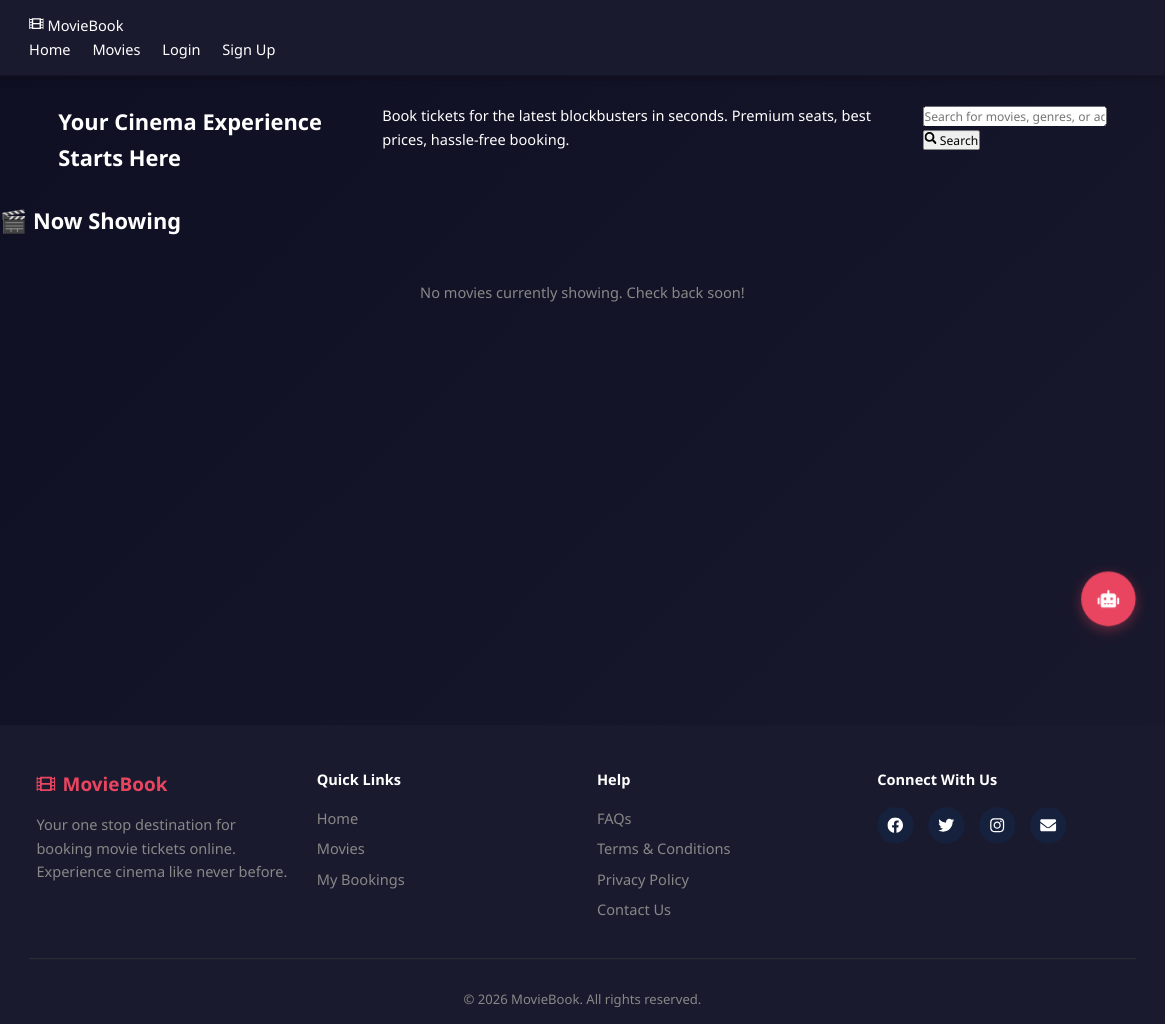
Repository: adithya11sci/movie_ticket_bookings
Page: / (app in frontend/)
These files come from the project's save history. The page is drawn as it stood at one moment and after the next save; the edit follows.
The browser window is 1280 px wide. The pictures show the whole page, at 91% of full size.
The page's requests for data from a server got no answer. The project was rebuilt for these pictures with package versions that can differ from the ones it lists, and the page was loaded fresh each time. No one was signed in, and anything a server would have sent is missing. Also part of the build but not shown: frontend/vite.config.js, frontend/src/components/MovieCard.css, frontend/src/components/MovieCard.jsx, frontend/src/pages/Movies.jsx, frontend/src/pages/Auth.css, frontend/src/pages/Login.jsx, frontend/src/pages/Register.jsx, frontend/src/pages/MovieDetails.jsx and 16 more.

Above is the page before, as saved 2026-02-02 12:10:42.

### frontend/index.html
<!doctype html>
<html lang="en">
  <head>
    <meta charset="UTF-8" />
    <link rel="icon" href="data:[embedded picture, 141 characters]" />
    <meta name="viewport" content="width=device-width, initial-scale=1.0" />
    <title>MovieBook - Book Movie Tickets Online</title>
  </head>
  <body>
    <div id="root"></div>
    <script type="module" src="/src/main.jsx"></script>
  </body>
</html>

### frontend/src/index.css
* {
    margin: 0;
    padding: 0;
    box-sizing: border-box;
}

body {
    font-family: 'Segoe UI', Tahoma, Geneva, Verdana, sans-serif;
    background: #0f0f23;
    color: #fff;
    line-height: 1.6;
}

a {
    text-decoration: none;
    color: inherit;
}

button {
    cursor: pointer;
    font-family: inherit;
}

input, select, textarea {
    font-family: inherit;
}

### frontend/src/App.jsx
import { BrowserRouter as Router, Routes, Route } from 'react-router-dom';
import { ToastContainer } from 'react-toastify';
import 'react-toastify/dist/ReactToastify.css';
import './App.css';
import { AuthProvider } from './context/AuthContext';

// Components
import Navbar from './components/Navbar';
import Footer from './components/Footer';
import Chatbot from './components/Chatbot';

// Pages
import Home from './pages/Home';
import Movies from './pages/Movies';
import Login from './pages/Login';
import Register from './pages/Register';
import MovieDetails from './pages/MovieDetails';
import BookingPage from './pages/BookingPage';
import PaymentPage from './pages/PaymentPage';
import MyBookings from './pages/MyBookings';

// Admin Pages
import AdminDashboard from './pages/admin/AdminDashboard';
import ManageMovies from './pages/admin/ManageMovies';
import ManageTheaters from './pages/admin/ManageTheaters';
import ManageShowtimes from './pages/admin/ManageShowtimes';
import ManageBookings from './pages/admin/ManageBookings';
import ManageUsers from './pages/admin/ManageUsers';

import './App.css';

function App() {
    return (
        <AuthProvider>
            <Router>
                <div className="app">
                    <Navbar />
                    <main>
                        <Routes>
                            <Route path="/" element={<Home />} />
                            <Route path="/login" element={<Login />} />
                            <Route path="/register" element={<Register />} />
                            <Route path="/movie/:id" element={<MovieDetails />} />
                            <Route path="/movies" element={<Movies />} />
                            <Route path="/booking/:showtimeId" element={<BookingPage />} />
                            <Route path="/payment/:bookingId" element={<PaymentPage />} />
                            <Route path="/my-bookings" element={<MyBookings />} />

                            {/* Admin Routes */}
                            <Route path="/admin" element={<AdminDashboard />} />
                            <Route path="/admin/movies" element={<ManageMovies />} />
                            <Route path="/admin/theaters" element={<ManageTheaters />} />
                            <Route path="/admin/showtimes" element={<ManageShowtimes />} />
                            <Route path="/admin/bookings" element={<ManageBookings />} />
                            <Route path="/admin/users" element={<ManageUsers />} />
                        </Routes>
                    </main>
                    <Footer />
                    <Chatbot />
                    <ToastContainer
                        position="top-right"
                        autoClose={3000}
                        theme="dark"
                    />
                </div>
            </Router>
        </AuthProvider>
    );
}

export default App;

### frontend/src/App.css
/* Global App Styles */
.app {
    min-height: 100vh;
    background: linear-gradient(135deg, #0f0f23 0%, #1a1a2e 100%);
}

main {
    min-height: calc(100vh - 70px);
}

/* Loading and Error Pages */
.loading-page, .error-page {
    display: flex;
    align-items: center;
    justify-content: center;
    height: 50vh;
    color: #888;
    font-size: 1.2rem;
}

/* Scrollbar Styles */
::-webkit-scrollbar {
    width: 8px;
}

::-webkit-scrollbar-track {
    background: #1a1a2e;
}

::-webkit-scrollbar-thumb {
    background: #e94560;
    border-radius: 5px;
}

### frontend/src/context/AuthContext.jsx
import { createContext, useState, useEffect } from 'react';

export const AuthContext = createContext();

export const AuthProvider = ({ children }) => {
    const [user, setUser] = useState(null);
    const [loading, setLoading] = useState(true);

    // check if user is already logged in
    useEffect(() => {
        const storedUser = localStorage.getItem('user');
        if (storedUser) {
            setUser(JSON.parse(storedUser));
        }
        setLoading(false);
    }, []);

    // login function
    const login = (userData) => {
        setUser(userData);
        localStorage.setItem('user', JSON.stringify(userData));
    };

    // logout function
    const logout = () => {
        setUser(null);
        localStorage.removeItem('user');
    };

    return (
        <AuthContext.Provider value={{ user, login, logout, loading }}>
            {children}
        </AuthContext.Provider>
    );
};

### frontend/src/components/Navbar.jsx
import { Link, useNavigate } from 'react-router-dom';
import { useContext } from 'react';
import { AuthContext } from '../context/AuthContext';
import { FaFilm, FaUser, FaSignOutAlt } from 'react-icons/fa';
import './Navbar.css';

const Navbar = () => {
    const { user, logout } = useContext(AuthContext);
    const navigate = useNavigate();

    const handleLogout = () => {
        logout();
        navigate('/');
    };

    return (
        <nav className="navbar">
            <div className="nav-container">
                <Link to="/" className="nav-logo">
                    <FaFilm /> MovieBook
                </Link>

                <div className="nav-links">
                    <Link to="/" className="nav-link">Home</Link>
                    <Link to="/movies" className="nav-link">Movies</Link>

                    {user ? (
                        <>
                            <Link to="/my-bookings" className="nav-link">My Bookings</Link>
                            {user.role === 'admin' && (
                                <Link to="/admin" className="nav-link">Admin</Link>
                            )}
                            <div className="user-menu">
                                <span className="user-name">
                                    <FaUser /> {user.name}
                                </span>
                                <button onClick={handleLogout} className="logout-btn">
                                    <FaSignOutAlt /> Logout
                                </button>
                            </div>
                        </>
                    ) : (
                        <>
                            <Link to="/login" className="nav-link">Login</Link>
                            <Link to="/register" className="nav-link btn-register">Sign Up</Link>
                        </>
                    )}
                </div>
            </div>
        </nav>
    );
};

export default Navbar;

### frontend/src/components/Footer.jsx
import { Link } from 'react-router-dom';
import { FaFilm, FaFacebook, FaTwitter, FaInstagram, FaEnvelope } from 'react-icons/fa';
import './Footer.css';

const Footer = () => {
    return (
        <footer className="footer">
            <div className="footer-container">
                <div className="footer-section">
                    <h3><FaFilm /> MovieBook</h3>
                    <p>Your one stop destination for booking movie tickets online. Experience cinema like never before.</p>
                </div>

                <div className="footer-section">
                    <h4>Quick Links</h4>
                    <ul>
                        <li><Link to="/">Home</Link></li>
                        <li><Link to="/movies">Movies</Link></li>
                        <li><Link to="/my-bookings">My Bookings</Link></li>
                    </ul>
                </div>

                <div className="footer-section">
                    <h4>Help</h4>
                    <ul>
                        <li><a href="#">FAQs</a></li>
                        <li><a href="#">Terms & Conditions</a></li>
                        <li><a href="#">Privacy Policy</a></li>
                        <li><a href="#">Contact Us</a></li>
                    </ul>
                </div>

                <div className="footer-section">
                    <h4>Connect With Us</h4>
                    <div className="social-links">
                        <a href="#"><FaFacebook /></a>
                        <a href="#"><FaTwitter /></a>
                        <a href="#"><FaInstagram /></a>
                        <a href="#"><FaEnvelope /></a>
                    </div>
                </div>
            </div>

            <div className="footer-bottom">
                <p>&copy; 2026 MovieBook. All rights reserved.</p>
            </div>
        </footer>
    );
};

export default Footer;

### frontend/src/components/Navbar.css
.navbar {
    background: #1a1a2e;
    padding: 1rem 2rem;
    display: flex;
    justify-content: space-between;
    align-items: center;
    position: sticky;
    top: 0;
    z-index: 100;
    box-shadow: 0 2px 10px rgba(0, 0, 0, 0.3);
}

.nav-brand a {
    color: #e94560;
    font-size: 1.5rem;
    font-weight: bold;
}

.nav-search {
    flex: 1;
    max-width: 400px;
    margin: 0 2rem;
    position: relative;
}

.nav-search input {
    width: 100%;
    padding: 0.7rem 1rem 0.7rem 2.5rem;
    border: none;
    border-radius: 25px;
    background: #16213e;
    color: #fff;
    font-size: 0.9rem;
}

.nav-search input::placeholder {
    color: #888;
}

.nav-search i {
    position: absolute;
    left: 1rem;
    top: 50%;
    transform: translateY(-50%);
    color: #888;
}

.nav-links {
    display: flex;
    align-items: center;
    gap: 1.5rem;
}

.nav-links a {
    color: #fff;
    transition: color 0.3s;
}

.nav-links a:hover {
    color: #e94560;
}

.nav-links .admin-link {
    background: #e94560;
    padding: 0.5rem 1rem;
    border-radius: 5px;
}

.nav-links .admin-link:hover {
    background: #ff6b6b;
    color: #fff;
}

/* Search Results Dropdown */
.search-results {
    position: absolute;
    top: 100%;
    left: 0;
    right: 0;
    background: #1a1a2e;
    border-radius: 10px;
    margin-top: 0.5rem;
    max-height: 400px;
    overflow-y: auto;
    box-shadow: 0 5px 20px rgba(0, 0, 0, 0.5);
    z-index: 1000;
}

.search-result-item {
    display: flex;
    align-items: center;
    gap: 1rem;
    padding: 0.8rem 1rem;
    cursor: pointer;
    transition: background 0.3s;
}

.search-result-item:hover {
    background: #16213e;
}

.search-result-item img {
    width: 40px;
    height: 60px;
    object-fit: cover;
    border-radius: 5px;
}

.search-result-info h4 {
    color: #fff;
    font-size: 0.9rem;
    margin-bottom: 0.2rem;
}

.search-result-info p {
    color: #888;
    font-size: 0.75rem;
}

.no-results {
    padding: 1rem;
    text-align: center;
    color: #888;
}

@media (max-width: 768px) {
    .navbar {
        flex-wrap: wrap;
        gap: 1rem;
    }

    .nav-search {
        order: 3;
        max-width: 100%;
        margin: 0;
        width: 100%;
    }
}

### frontend/src/components/Footer.css
.footer {
    background: #1a1a2e;
    padding: 3rem 2rem 1rem;
    margin-top: 4rem;
}

.footer-container {
    max-width: 1200px;
    margin: 0 auto;
    display: grid;
    grid-template-columns: repeat(auto-fit, minmax(200px, 1fr));
    gap: 2rem;
}

.footer-section h3 {
    color: #e94560;
    font-size: 1.3rem;
    margin-bottom: 1rem;
    display: flex;
    align-items: center;
    gap: 0.5rem;
}

.footer-section h4 {
    color: #fff;
    margin-bottom: 1rem;
}

.footer-section p {
    color: #888;
    line-height: 1.6;
}

.footer-section ul {
    list-style: none;
}

.footer-section ul li {
    margin-bottom: 0.5rem;
}

.footer-section ul li a {
    color: #888;
    text-decoration: none;
    transition: color 0.3s;
}

.footer-section ul li a:hover {
    color: #e94560;
}

.social-links {
    display: flex;
    gap: 1rem;
}

.social-links a {
    width: 40px;
    height: 40px;
    background: #16213e;
    color: #fff;
    border-radius: 50%;
    display: flex;
    align-items: center;
    justify-content: center;
    font-size: 1.1rem;
    transition: all 0.3s;
}

.social-links a:hover {
    background: #e94560;
    transform: translateY(-3px);
}

.footer-bottom {
    text-align: center;
    padding-top: 2rem;
    margin-top: 2rem;
    border-top: 1px solid #2d3436;
}

.footer-bottom p {
    color: #888;
    font-size: 0.9rem;
}

### frontend/src/pages/Home.css
.home-page {
    padding: 2rem;
}

/* Hero Section */
.hero-section {
    background: linear-gradient(135deg, #1a1a2e 0%, #16213e 100%);
    border-radius: 20px;
    padding: 3rem;
    margin-bottom: 3rem;
    text-align: center;
}

.hero-section h1 {
    font-size: 2.5rem;
    margin-bottom: 1rem;
    background: linear-gradient(45deg, #e94560, #ff6b6b);
    -webkit-background-clip: text;
    -webkit-text-fill-color: transparent;
    background-clip: text;
}

.hero-section p {
    color: #888;
    font-size: 1.1rem;
    margin-bottom: 2rem;
}

.hero-search {
    max-width: 500px;
    margin: 0 auto;
    position: relative;
}

.hero-search input {
    width: 100%;
    padding: 1rem 1.5rem 1rem 3rem;
    border: none;
    border-radius: 50px;
    background: #0f0f23;
    color: #fff;
    font-size: 1rem;
}

.hero-search i {
    position: absolute;
    left: 1.2rem;
    top: 50%;
    transform: translateY(-50%);
    color: #888;
}

/* Movies Section */
.movies-section {
    margin-bottom: 3rem;
}

.section-header {
    display: flex;
    justify-content: space-between;
    align-items: center;
    margin-bottom: 1.5rem;
}

.section-header h2 {
    font-size: 1.5rem;
}

.section-header a {
    color: #e94560;
    font-size: 0.9rem;
}

.movies-grid {
    display: grid;
    grid-template-columns: repeat(auto-fill, minmax(200px, 1fr));
    gap: 1.5rem;
}

/* Search Results in Hero */
.hero-search-results {
    position: absolute;
    top: 100%;
    left: 0;
    right: 0;
    background: #1a1a2e;
    border-radius: 15px;
    margin-top: 0.5rem;
    max-height: 400px;
    overflow-y: auto;
    box-shadow: 0 10px 30px rgba(0, 0, 0, 0.5);
    z-index: 100;
}

.hero-search-results .search-result-item {
    display: flex;
    align-items: center;
    gap: 1rem;
    padding: 1rem;
    cursor: pointer;
    transition: background 0.3s;
}

.hero-search-results .search-result-item:hover {
    background: #16213e;
}

.hero-search-results .search-result-item img {
    width: 50px;
    height: 75px;
    object-fit: cover;
    border-radius: 8px;
}

.hero-search-results .search-result-info h4 {
    color: #fff;
    margin-bottom: 0.3rem;
}

.hero-search-results .search-result-info p {
    color: #888;
    font-size: 0.85rem;
}

@media (max-width: 768px) {
    .home-page {
        padding: 1rem;
    }

    .hero-section {
        padding: 2rem 1rem;
    }

    .hero-section h1 {
        font-size: 1.8rem;
    }

    .movies-grid {
        grid-template-columns: repeat(auto-fill, minmax(150px, 1fr));
    }
}

### frontend/src/pages/Movies.css
.movies-page {
    padding: 2rem;
}

.movies-page h1 {
    margin-bottom: 2rem;
}

.filter-tabs {
    display: flex;
    gap: 1rem;
    margin-bottom: 2rem;
    flex-wrap: wrap;
}

.filter-tab {
    padding: 0.6rem 1.5rem;
    border: 1px solid #e94560;
    border-radius: 25px;
    background: transparent;
    color: #e94560;
    cursor: pointer;
    transition: all 0.3s;
}

.filter-tab:hover, .filter-tab.active {
    background: #e94560;
    color: #fff;
}

.movies-grid {
    display: grid;
    grid-template-columns: repeat(auto-fill, minmax(200px, 1fr));
    gap: 1.5rem;
}

.no-movies {
    text-align: center;
    color: #888;
    padding: 3rem;
}

@media (max-width: 768px) {
    .movies-page {
        padding: 1rem;
    }

    .movies-grid {
        grid-template-columns: repeat(auto-fill, minmax(150px, 1fr));
    }
}

Loaded but not shown: frontend/src/main.jsx (common file); frontend/src/api/axios.js (21 lines, source omitted); frontend/src/pages/MovieDetails.css (384 lines, source omitted); frontend/src/components/Chatbot.jsx (146 lines, source omitted); frontend/src/pages/Home.jsx (116 lines, source omitted); frontend/src/components/Chatbot.css (150 lines, source omitted)

After the next save:
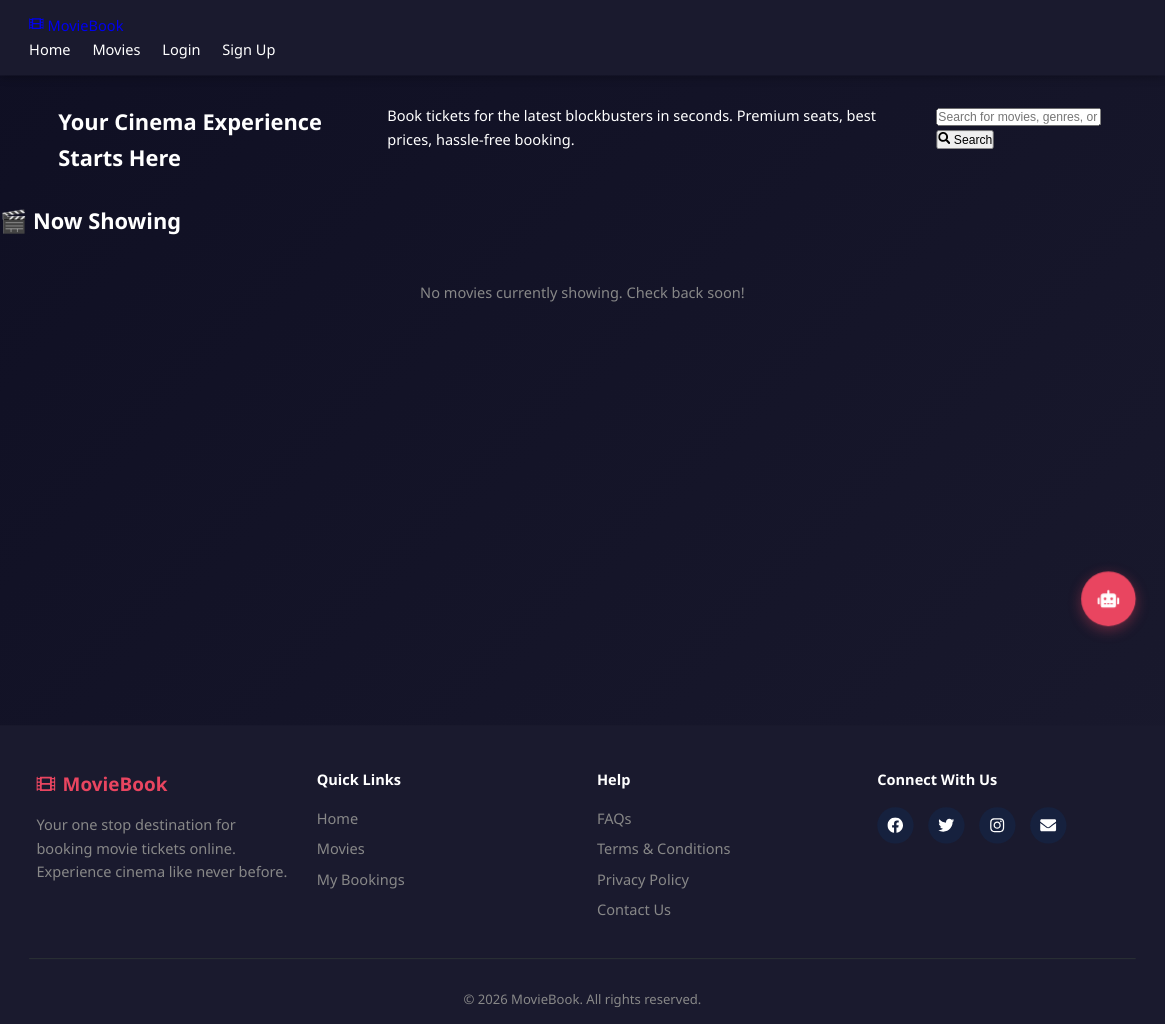
Saved 2 min 54 s later.
--- a/frontend/src/index.css
+++ b/frontend/src/index.css
@@ -1,26 +1,134 @@
+/* Reset and base styles */
 * {
     margin: 0;
     padding: 0;
     box-sizing: border-box;
 }
 
+html {
+    scroll-behavior: smooth;
+}
+
 body {
-    font-family: 'Segoe UI', Tahoma, Geneva, Verdana, sans-serif;
-    background: #0f0f23;
+    font-family: 'Poppins', 'Segoe UI', Tahoma, Geneva, Verdana, sans-serif;
+    -webkit-font-smoothing: antialiased;
+    -moz-osx-font-smoothing: grayscale;
+    background: linear-gradient(135deg, #0a0a1a 0%, #1a1a2e 50%, #16213e 100%);
+    background-attachment: fixed;
     color: #fff;
     line-height: 1.6;
+    min-height: 100vh;
 }
 
-a {
-    text-decoration: none;
-    color: inherit;
+#root {
+    min-height: 100vh;
 }
 
-button {
-    cursor: pointer;
-    font-family: inherit;
+/* Custom scrollbar */
+::-webkit-scrollbar {
+    width: 8px;
 }
 
-input, select, textarea {
-    font-family: inherit;
+::-webkit-scrollbar-track {
+    background: #1a1a2e;
 }
+
+::-webkit-scrollbar-thumb {
+    background: linear-gradient(180deg, #e94560, #ff6b6b);
+    border-radius: 10px;
+}
+
+::-webkit-scrollbar-thumb:hover {
+    background: linear-gradient(180deg, #ff6b6b, #e94560);
+}
+
+/* Global animations */
+@keyframes fadeIn {
+    from { opacity: 0; transform: translateY(20px); }
+    to { opacity: 1; transform: translateY(0); }
+}
+
+@keyframes fadeInUp {
+    from { opacity: 0; transform: translateY(40px); }
+    to { opacity: 1; transform: translateY(0); }
+}
+
+@keyframes fadeInDown {
+    from { opacity: 0; transform: translateY(-20px); }
+    to { opacity: 1; transform: translateY(0); }
+}
+
+@keyframes slideInLeft {
+    from { opacity: 0; transform: translateX(-50px); }
+    to { opacity: 1; transform: translateX(0); }
+}
+
+@keyframes slideInRight {
+    from { opacity: 0; transform: translateX(50px); }
+    to { opacity: 1; transform: translateX(0); }
+}
+
+@keyframes pulse {
+    0%, 100% { transform: scale(1); }
+    50% { transform: scale(1.05); }
+}
+
+@keyframes glow {
+    0%, 100% { box-shadow: 0 0 20px rgba(233, 69, 96, 0.3); }
+    50% { box-shadow: 0 0 40px rgba(233, 69, 96, 0.6); }
+}
+
+@keyframes shimmer {
+    0% { background-position: -200% 0; }
+    100% { background-position: 200% 0; }
+}
+
+@keyframes float {
+    0%, 100% { transform: translateY(0); }
+    50% { transform: translateY(-10px); }
+}
+
+@keyframes rotateIn {
+    from { opacity: 0; transform: rotate(-10deg) scale(0.9); }
+    to { opacity: 1; transform: rotate(0) scale(1); }
+}
+
+/* Utility classes */
+.animate-fade-in {
+    animation: fadeIn 0.6s ease-out forwards;
+}
+
+.animate-fade-in-up {
+    animation: fadeInUp 0.8s ease-out forwards;
+}
+
+.animate-slide-in-left {
+    animation: slideInLeft 0.6s ease-out forwards;
+}
+
+.animate-slide-in-right {
+    animation: slideInRight 0.6s ease-out forwards;
+}
+
+/* Gradient text */
+.gradient-text {
+    background: linear-gradient(135deg, #e94560, #ff6b6b, #ffd93d);
+    -webkit-background-clip: text;
+    -webkit-text-fill-color: transparent;
+    background-clip: text;
+}
+
+/* Glass effect */
+.glass {
+    background: rgba(26, 26, 46, 0.8);
+    backdrop-filter: blur(10px);
+    -webkit-backdrop-filter: blur(10px);
+    border: 1px solid rgba(255, 255, 255, 0.1);
+}
+
+/* Neon glow effect */
+.neon-glow {
+    box-shadow: 0 0 20px rgba(233, 69, 96, 0.4),
+                0 0 40px rgba(233, 69, 96, 0.2),
+                0 0 60px rgba(233, 69, 96, 0.1);
+}
--- a/frontend/src/App.jsx
+++ b/frontend/src/App.jsx
@@ -1,7 +1,6 @@
 import { BrowserRouter as Router, Routes, Route } from 'react-router-dom';
 import { ToastContainer } from 'react-toastify';
 import 'react-toastify/dist/ReactToastify.css';
-import './App.css';
 import { AuthProvider } from './context/AuthContext';
 
 // Components
--- a/frontend/src/App.css
+++ b/frontend/src/App.css
@@ -1,4 +1,16 @@
 /* Global App Styles */
+* {
+    margin: 0;
+    padding: 0;
+    box-sizing: border-box;
+}
+
+body {
+    font-family: 'Segoe UI', Tahoma, Geneva, Verdana, sans-serif;
+    background: #0f0f23;
+    color: #fff;
+}
+
 .app {
     min-height: 100vh;
     background: linear-gradient(135deg, #0f0f23 0%, #1a1a2e 100%);
@@ -8,7 +20,11 @@ main {
     min-height: calc(100vh - 70px);
 }
 
-/* Loading and Error Pages */
+a {
+    text-decoration: none;
+}
+
+/* loading and error pages */
 .loading-page, .error-page {
     display: flex;
     align-items: center;
@@ -18,7 +34,7 @@ main {
     font-size: 1.2rem;
 }
 
-/* Scrollbar Styles */
+/* scrollbar styles */
 ::-webkit-scrollbar {
     width: 8px;
 }
@@ -31,3 +47,4 @@ main {
     background: #e94560;
     border-radius: 5px;
 }
+}
